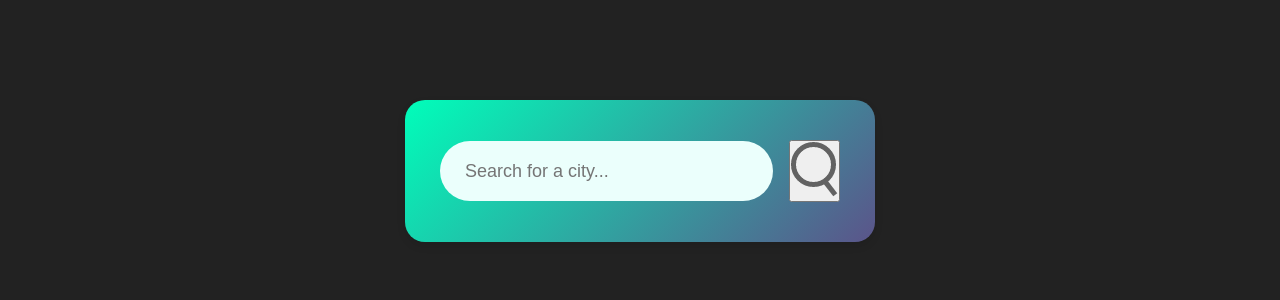
Repository: Abdelilah-Lakrim/Weather-App
Page: index.html
The author's editor kept a copy of each file at every save. The page is drawn from the files as they stood at one save, then again after the next save.
The browser window is 1280 px wide. The pictures show the whole page.

Above is the page before, as saved 2025-06-17 11:06:57.

### index.html
<!DOCTYPE html>
<html>
<head>
    <meta charset="UTF-8" />
    <title>Weather App</title>
    <link rel="stylesheet" href="style.css" >
</head>
<body>

    <div class="card">
        <div class="search">
            <input type="text" placeholder="Search for a city..." spellcheck="false" />
            <button><img src="images/search.png"></button>
        </div>
    </div>

</body>
</html>

### style.css
*{
    margin: 0;
    padding: 0;
    font-family: 'Poppins', sans-serif;
    box-sizing: border-box;
}
body{
    background-color: #222;
    color: #333;
}
.card{
    width: 90%;
    max-width: 470px;
    background: linear-gradient(135deg, #00feba, #5b548a);
    color: #fff;
    margin: 100px auto  0;
    padding: 40px 35px;
    border-radius: 20px;
    box-shadow: 0 4px 8px rgba(0, 0, 0, 0.1);
    overflow: hidden;
    position: relative;
    text-align: center;
}
.search{
    width: 100%;
    display: flex;
    align-items: center;
    justify-content: space-between;
}

.search input{
    border: 0;
    outline: 0;
    background: #ebfffc;
    color: #333;
    padding: 10px 25px;
    height: 60px;
    border-radius: 30px;
    flex: 1;
    margin-right: 16px;
    font-size: 18px;
}

After the next save:
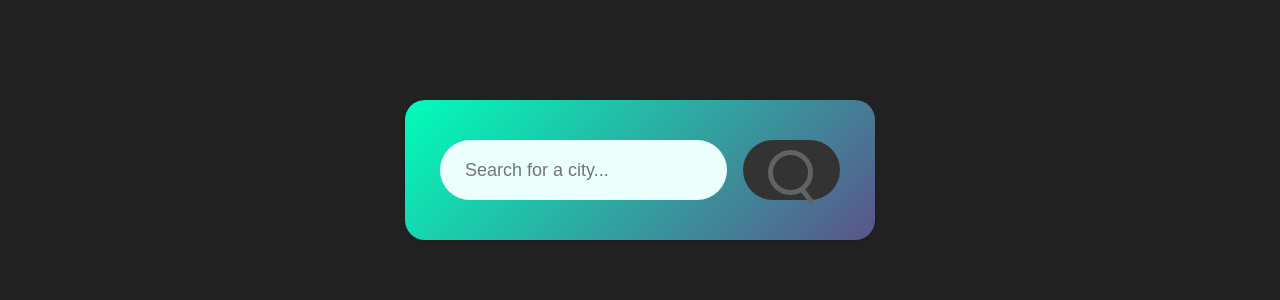
Saved 27 s later.
--- a/style.css
+++ b/style.css
@@ -40,3 +40,14 @@ body{
     margin-right: 16px;
     font-size: 18px;
 }
+
+.search button{
+    background: #333;
+    color: #fff;
+    padding: 10px 25px;
+    height: 60px;
+    border-radius: 30px;
+    border: none;
+    cursor: pointer;
+    font-size: 18px;
+}

After the save that followed:
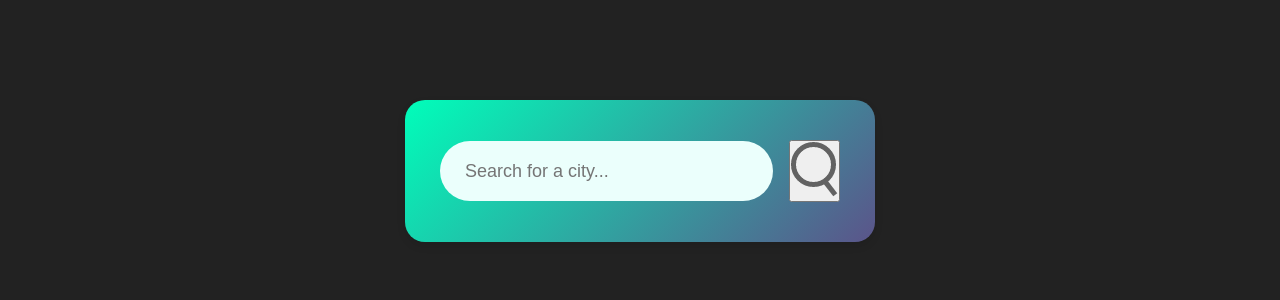
Saved 16 s later.
--- a/style.css
+++ b/style.css
@@ -42,12 +42,5 @@ body{
 }
 
 .search button{
-    background: #333;
-    color: #fff;
-    padding: 10px 25px;
-    height: 60px;
-    border-radius: 30px;
-    border: none;
-    cursor: pointer;
-    font-size: 18px;
+
 }
